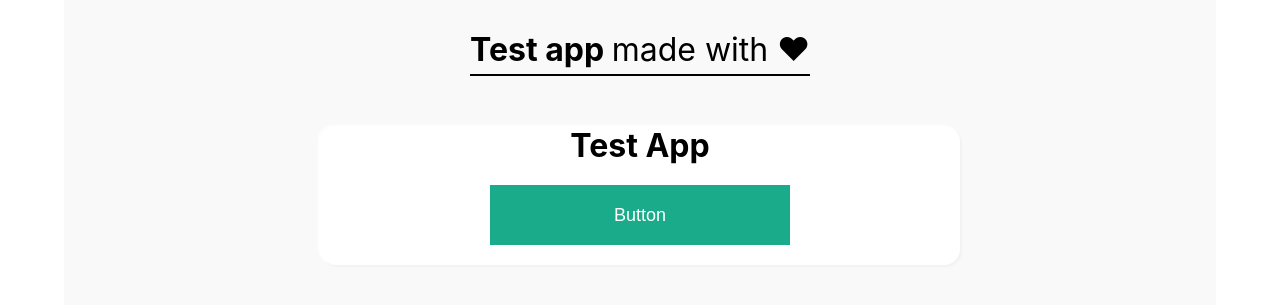
Repository: Khattak01/test-app
Page: /
The author's editor kept a copy of each file at every save. The page is drawn from the files as they stood at one save, then again after the next save.
The browser window is 1280 px wide. The pictures show the whole page.
The project was rebuilt for these pictures with package versions that can differ from the ones it lists, and the page was loaded fresh each time.

Above is the page before, as saved 2021-05-12 07:48:37.

### public/index.html
<!DOCTYPE html>
<html lang="en">
  <head>
    <meta charset="utf-8" />
    <link rel="icon" href="%PUBLIC_URL%/favicon.ico" />
    <meta name="viewport" content="width=device-width, initial-scale=1" />
    <meta name="theme-color" content="#000000" />
    <meta
      name="description"
      content="Web site created using create-react-app"
    />
    <link rel="apple-touch-icon" href="%PUBLIC_URL%/logo192.png" />
    <!--
      manifest.json provides metadata used when your web app is installed on a
      user's mobile device or desktop. See https://developers.google.com/web/fundamentals/web-app-manifest/
    -->
    <link rel="manifest" href="%PUBLIC_URL%/manifest.json" />
    <!--
      Notice the use of %PUBLIC_URL% in the tags above.
      It will be replaced with the URL of the `public` folder during the build.
      Only files inside the `public` folder can be referenced from the HTML.

      Unlike "/favicon.ico" or "favicon.ico", "%PUBLIC_URL%/favicon.ico" will
      work correctly both with client-side routing and a non-root public URL.
      Learn how to configure a non-root public URL by running `npm run build`.
    -->
    <title>Login App</title>
  </head>
  <body>
    <noscript>You need to enable JavaScript to run this app.</noscript>
    <div id="root"></div>
    <!--
      This HTML file is a template.
      If you open it directly in the browser, you will see an empty page.

      You can add webfonts, meta tags, or analytics to this file.
      The build step will place the bundled scripts into the <body> tag.

      To begin the development, run `npm start` or `yarn start`.
      To create a production bundle, use `npm run build` or `yarn build`.
    -->
  </body>
</html>

### src/index.js
import React from 'react';
import ReactDOM from 'react-dom';
import './index.css';
import App from '../src/components/app/App';

ReactDOM.render(
  <React.StrictMode>
      <App />
  </React.StrictMode>,
  document.getElementById('root')
);

### src/index.css
*{
  margin: 0;
  padding: 0;
  box-sizing: border-box;
}
body {
  margin: 0;
  font-family: -apple-system, BlinkMacSystemFont, 'Segoe UI', 'Roboto', 'Oxygen',
    'Ubuntu', 'Cantarell', 'Fira Sans', 'Droid Sans', 'Helvetica Neue',
    sans-serif;
  -webkit-font-smoothing: antialiased;
  -moz-osx-font-smoothing: grayscale;
}

code {
  font-family: source-code-pro, Menlo, Monaco, Consolas, 'Courier New',
    monospace;
}

.container{
  width:90%;
  margin:auto auto;
  background-color: #f9f9f9;
  padding: 10px;
}

### src/components/app/App.js
import React from 'react'
import './App.css'
import Banner from '../banner/Banner'

const App = () => {
    return (
        <div className="app container">
            <h1>Test app <span style={{fontWeight:'lighter'}}> made with </span> &#10084;</h1>
            <Banner />
        </div>
    )
}

export default App

### src/components/app/App.css
.app{
    padding: 30px 0;
    min-height:100vh;
    text-align: center;
}
.app > h1{
    display:inline-block;

    text-align:center;
    width: max-content;
    padding-bottom: 5px;
    border-bottom: 2px solid black;
    margin-bottom: 50px;
}

### src/components/banner/Banner.js
import React from 'react'
import classes from './Banner.module.css'

import Box from '../../UI/box/Box'

const Banner = () => {

    return (
        <Box className={classes.login}>
            <h1>Test App</h1>
            <button className={classes.login__btn}>Button</button>

        </Box>
    )
}

export default Banner

### src/components/banner/Banner.module.css
.login{
    width: 100%;
    max-width:40rem;
    min-width:50vh;
    /* border: 1px solid black; */
    margin: auto auto;

    display: flex;
    flex-direction: column;
    gap: 20px;
    padding: 20px;
    padding-top: 0;
}
.login > *:not(:first-child){
    min-width: 300px !important;
    margin: auto auto;
}
/* .login__btn{
    border: none !important;
    width: 300px !important;
    outline:none;
    display: flex;
    justify-content: center;
    align-items: center;

    box-shadow: none !important;
    background-color:#FAFAFA !important;
    color: #333 !important;
    font-size:20px;
    padding: 8px;
    cursor:pointer;
}
.login__btn:hover{
    opacity: .8;
} */

.login__btn{
    width: 300px !important;
    display: flex;
    justify-content: center;
    align-items: center;
    background:#1AAB8A;
    color:#fff;
    border:none;
    position:relative;
    height:60px;
    font-size:18px;
    padding:0 20px;
    cursor:pointer;
    transition:800ms ease all;
    outline:none;
  }
  .login__btn:hover{
    background:#fff;
    color:#1AAB8A;
  }
  .login__btn:before,.login__btn:after{
    content:'';
    position:absolute;
    top:0;
    right:0;
    height:2px;
    width:0;
    background: #1AAB8A;
    transition:400ms ease all;
  }
  .login__btn:after{
    right:inherit;
    top:inherit;
    left:0;
    bottom:0;
  }
  .login__btn:hover:before,.login__btn:hover:after{
    width:100%;
    transition:800ms ease all;
  }

### src/UI/box/Box.js

import React from 'react'
import classes from './Box.module.css'

const Box = (props) => {
    return (
        <div onClick={props.onClick} className={[classes.box,props.className].join(' ')}>
            {props.children}
        </div>
    )
}

export default Box

### src/UI/box/Box.module.css
.box {
  background-color: #ffffff;
  transition: all 0.25s cubic-bezier(0.86, 1.26, 0.59, 1.03);
  /* min-height: 1rem; */
  /* padding: 1rem; */
  border-radius: 1rem;
  box-shadow: 2px 2px 2px #f2f2f2, -2px -1px 3px #ffffff;
}
.box:hover {
  /* transform: translateZ(0) scale(1.05); */
  backface-visibility: hidden;
}

After the next save:
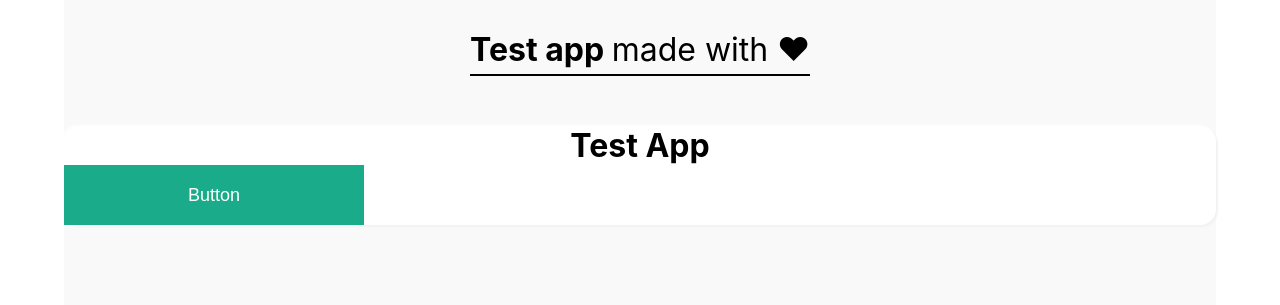
Saved 2 min 13 s later.
--- a/src/components/banner/Banner.js
+++ b/src/components/banner/Banner.js
@@ -6,10 +6,9 @@
 const Banner = () => {
 
     return (
-        <Box className={classes.login}>
+        <Box className={classes.banner}>
             <h1>Test App</h1>
             <button className={classes.login__btn}>Button</button>
-
         </Box>
     )
 }

After the save that followed:
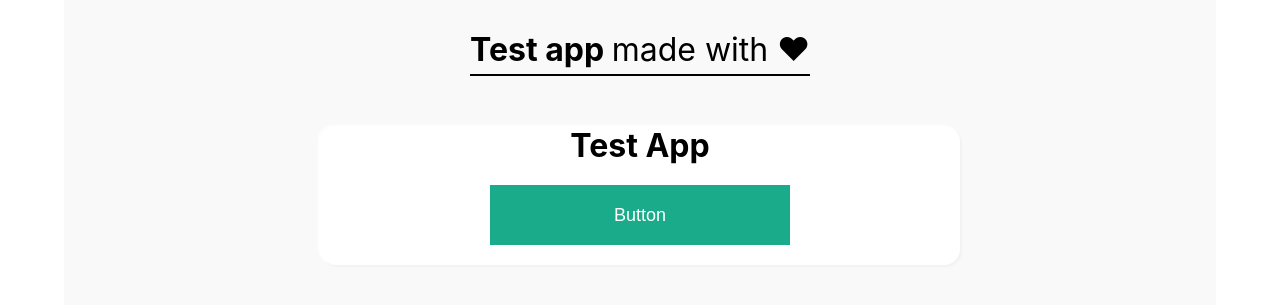
Saved 13 s later.
--- a/src/components/banner/Banner.module.css
+++ b/src/components/banner/Banner.module.css
@@ -1,4 +1,4 @@
-.login{
+.banner{
     width: 100%;
     max-width:40rem;
     min-width:50vh;
@@ -11,28 +11,10 @@
     padding: 20px;
     padding-top: 0;
 }
-.login > *:not(:first-child){
+.banner > *:not(:first-child){
     min-width: 300px !important;
     margin: auto auto;
 }
-/* .login__btn{
-    border: none !important;
-    width: 300px !important;
-    outline:none;
-    display: flex;
-    justify-content: center;
-    align-items: center;
-
-    box-shadow: none !important;
-    background-color:#FAFAFA !important;
-    color: #333 !important;
-    font-size:20px;
-    padding: 8px;
-    cursor:pointer;
-}
-.login__btn:hover{
-    opacity: .8;
-} */
 
 .login__btn{
     width: 300px !important;
